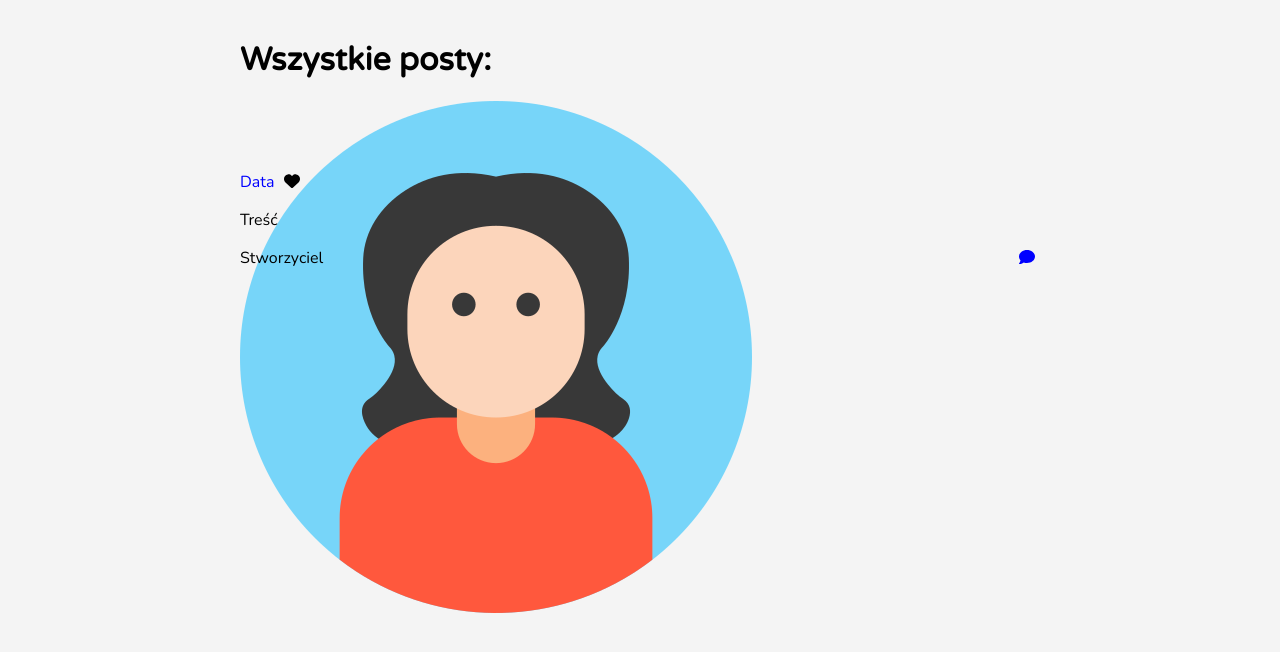
Repository: noisevisionproductions/PlayMeetWebsite
Page: src/main/resources/templates/posts.html
The author's editor kept a copy of each file at every save. The page is drawn from the files as they stood at one save, then again after the next save.
The browser window is 1280 px wide. The pictures show the whole page.
The page's requests for data from a server got no answer. Some web libraries are served in a nearby version.

Above is the page before, as saved 2024-03-24 22:15:53.

After the next save:
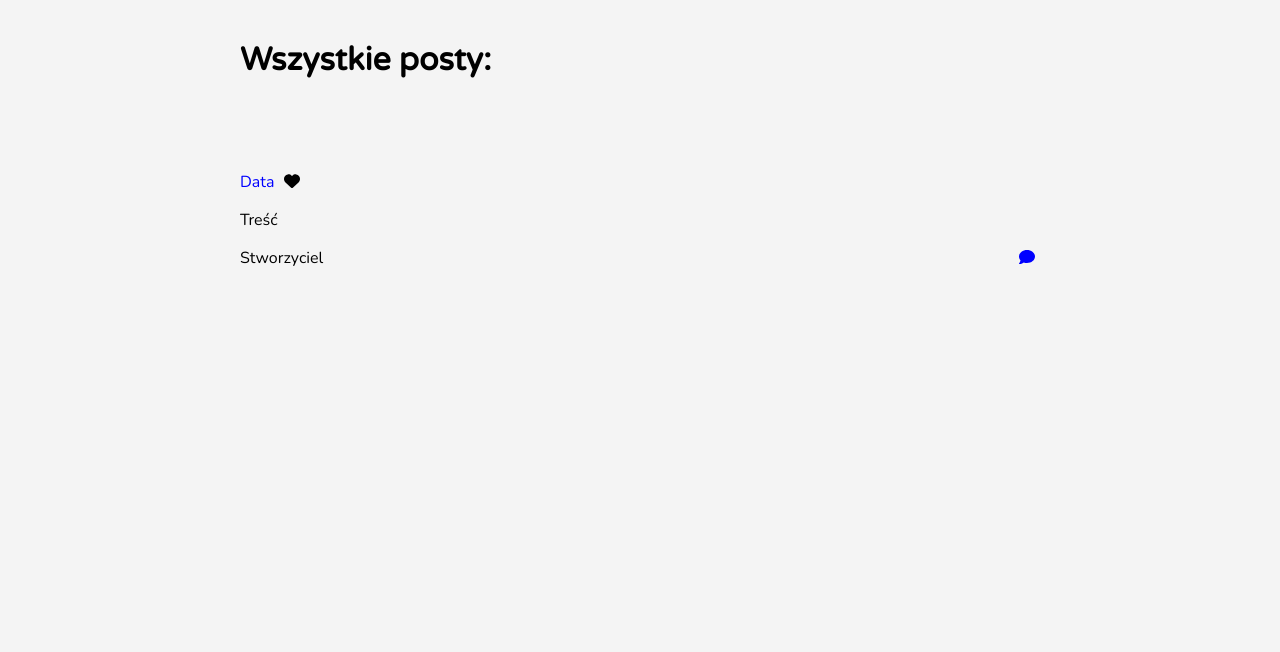
Saved 15 s later.
--- a/src/main/resources/templates/posts.html
+++ b/src/main/resources/templates/posts.html
@@ -25,7 +25,6 @@
         <h1 class="posts-header"> Wszystkie posty:</h1>
         <div id="posts-container">
             <h2 class="post-avatar">
-                <img src="assets/post/sample_avatar.png" alt="Avatar">
             </h2>
             <span class="post-date">Data</span>
 
